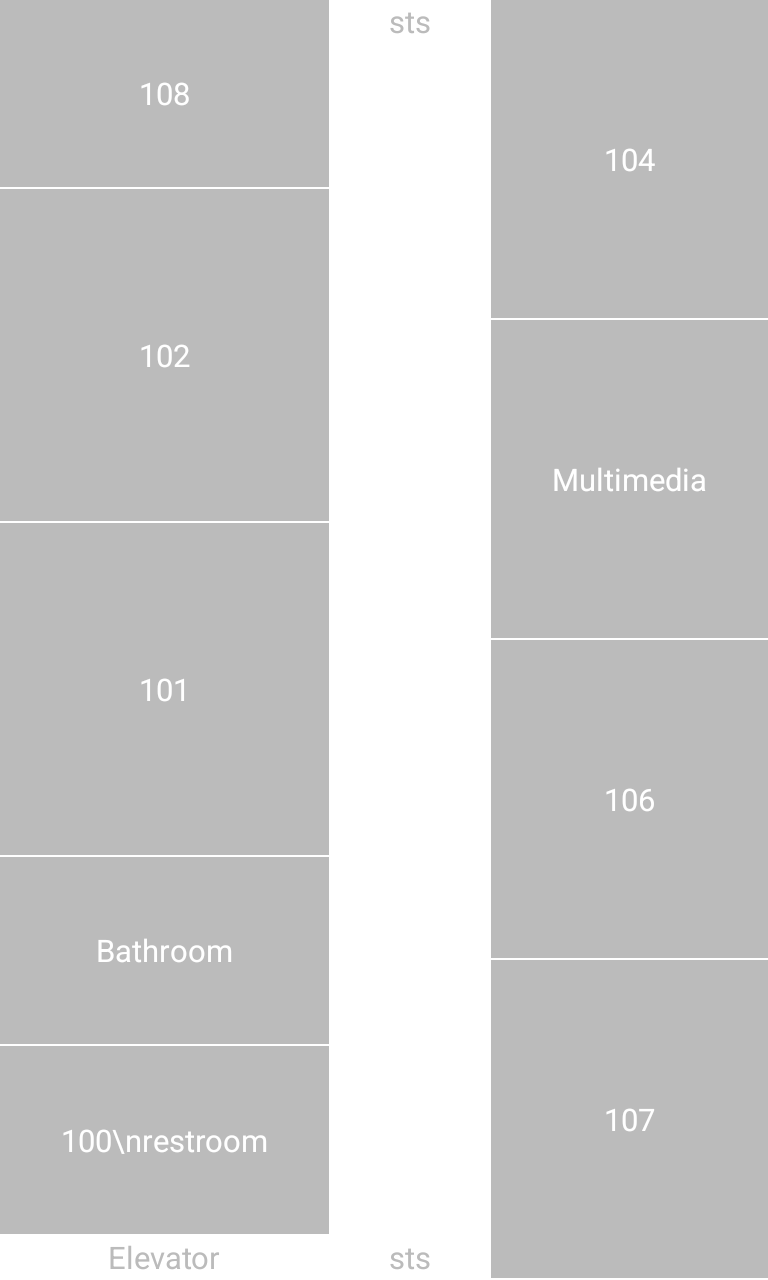
Repository: Choi-HyunWoo/Baddest
Layout: WorkOn_SELLA/workspace/BaddestHansung/res/layout/campus_gonghaka.xml
The author's editor kept a copy of each file at every save. The layout is drawn from the files as they stood at one save, then again after the next save.
It is drawn on a 768 x 1280 px phone screen (xhdpi) without system bars, with theme android:Theme.Light.NoTitleBar; the app's code is not run.

Above is the layout before, as saved 2014-05-29 12:06:56.

After the next save:
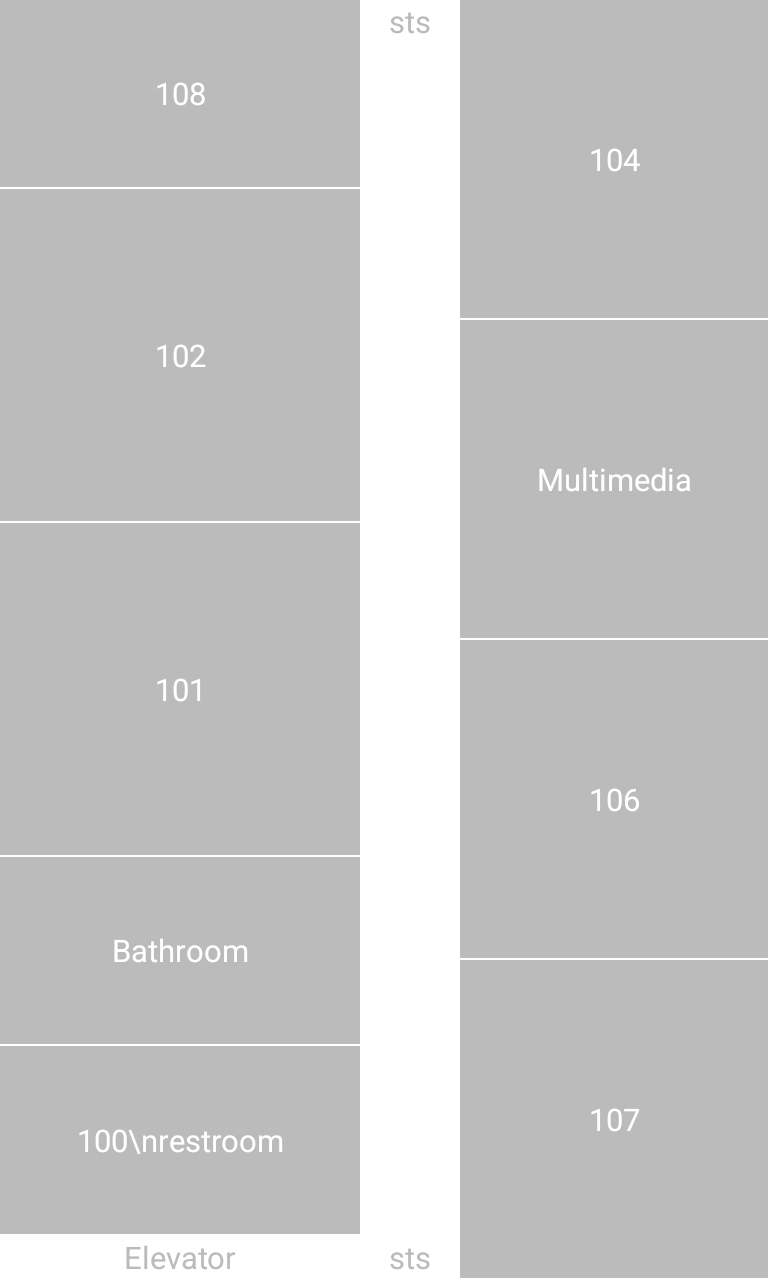
Saved 48 s later.
--- a/WorkOn_SELLA/workspace/BaddestHansung/res/layout/campus_gonghaka.xml
+++ b/WorkOn_SELLA/workspace/BaddestHansung/res/layout/campus_gonghaka.xml
@@ -34,9 +34,8 @@
     </LinearLayout>
 
     <RelativeLayout
-    	android:layout_width="20dp"
+    	android:layout_width="50dp"
         android:layout_height="match_parent"
-        android:layout_weight="1"
         android:orientation="vertical" >
 	    <TextView
 	        android:text="sts"
@@ -51,6 +50,7 @@
 	        android:layout_height="wrap_content"
 	        android:layout_alignParentBottom="true" />
 	</RelativeLayout>
+
     <LinearLayout
         android:layout_width="wrap_content"
         android:layout_height="match_parent"
